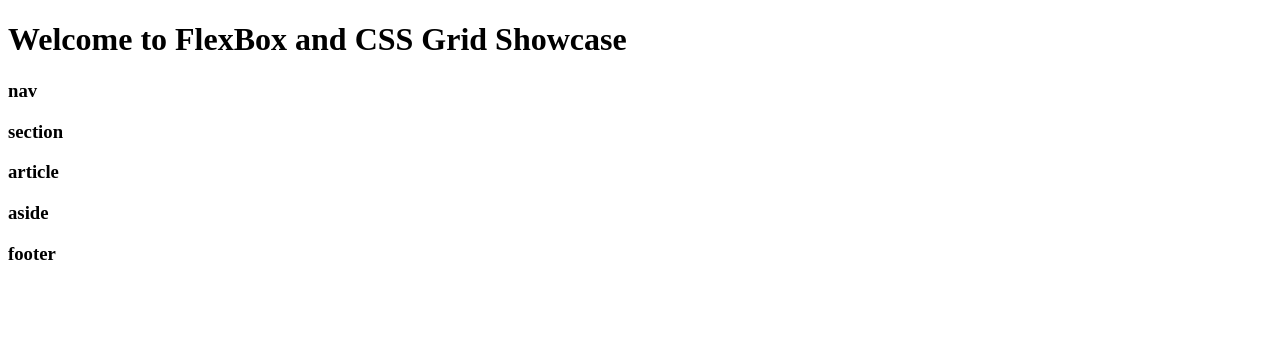
Repository: Awhit-commits/CSS_GRID_AND_FLEXBOX_LESSON
Page: index.html
The author's editor kept a copy of each file at every save. The page is drawn from the files as they stood at one save, then again after a run of saves.
The browser window is 1280 px wide. The pictures show the whole page.

Above is the page before, as saved 2020-12-21 09:57:59.

### index.html
<!DOCTYPE html>
<html lang="en">
<head>
    <meta charset="UTF-8">
    <meta name="viewport" content="width=device-width, initial-scale=1.0">
    <title>Document</title>
    <link rel="stylesheet" href="style.css">
</head>
<body>
    <h1>Welcome to FlexBox and CSS Grid Showcase</h1>
    <div class="container">
        <div class="header">

        </div>
        <div class="nav"><h3>nav</h3></div>
        <div class="section"><h3>section</h3></div>
        <div class="article"><h3>article</h3></div>
        <div class="aside"><h3>aside</h3></div>
        <div class="footer"><h3>footer</h3></div>
    </div>
    <script src="script.js"></script>
</body>
</html>

### script.js
console.log(`Hello World`);

Loaded but not shown: style.css (no copy from this time; the picture is the same without it)

After the next 3 saves:
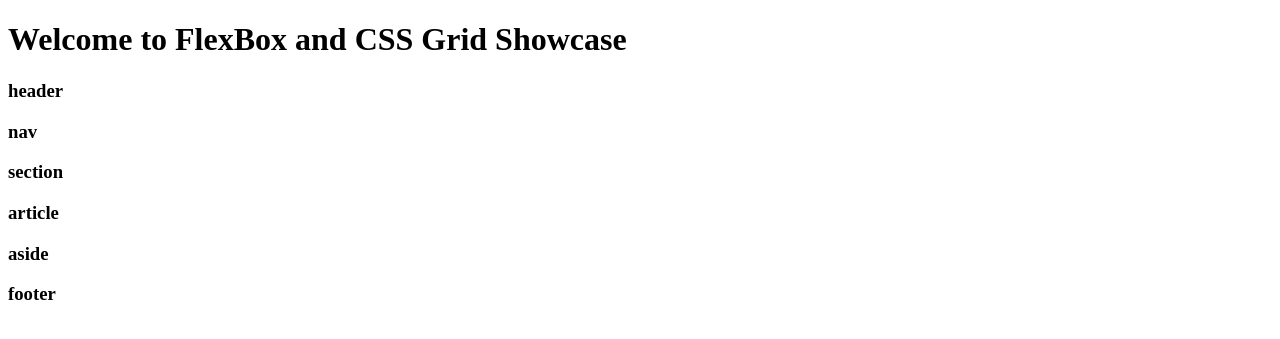
The 3 saves are shown as one change because they came seconds apart.
The last was saved 11 s later.
--- a/index.html
+++ b/index.html
@@ -10,6 +10,7 @@
     <h1>Welcome to FlexBox and CSS Grid Showcase</h1>
     <div class="container">
         <div class="header">
+            <h3>header</h3>
 
         </div>
         <div class="nav"><h3>nav</h3></div>
